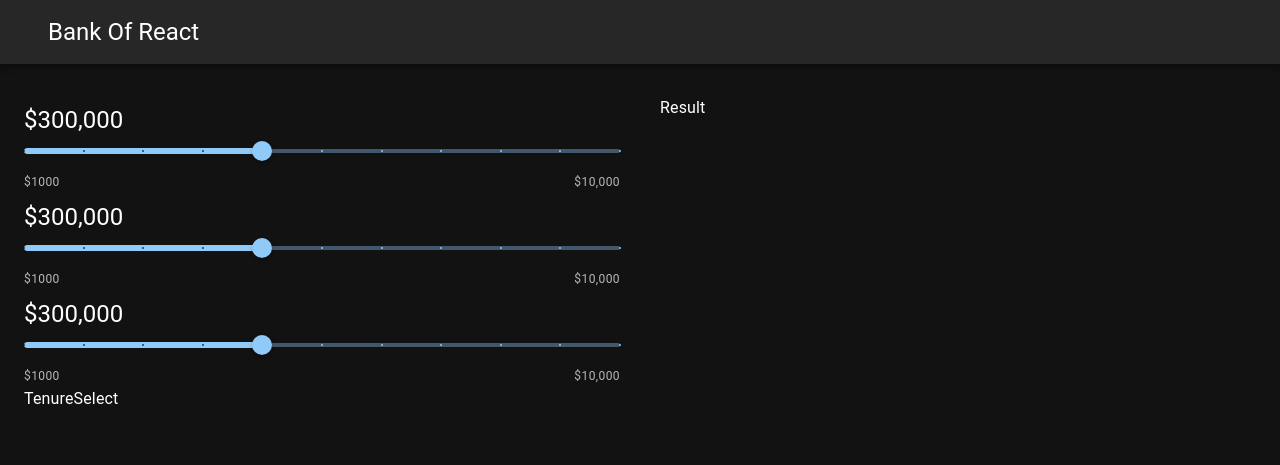
Repository: MikeeBuilds/mortgage-calculator
Page: /
An editor plug-in stored every save of this project. The page is shown before and after the next save, followed by the edit.
The browser window is 1280 px wide. The pictures show the whole page.
The project was rebuilt for these pictures with package versions that can differ from the ones it lists, and the page was loaded fresh each time.

Above is the page before, as saved 2023-04-03 21:39:26.

After the next save:
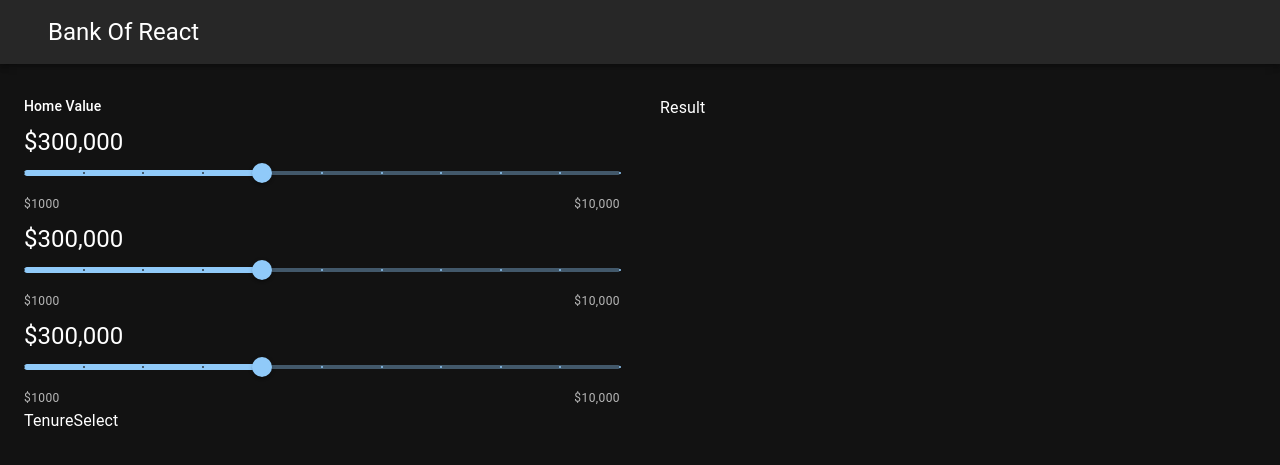
Saved 5 s later.
--- a/src/components/SliderSelect.js
+++ b/src/components/SliderSelect.js
@@ -5,7 +5,7 @@ const SliderSelect = () => {
   return (
     <>
         <SliderComponent
-            label=''
+            label='Home Value'
             min={0}
             max={50}
             defaultValue={20}
